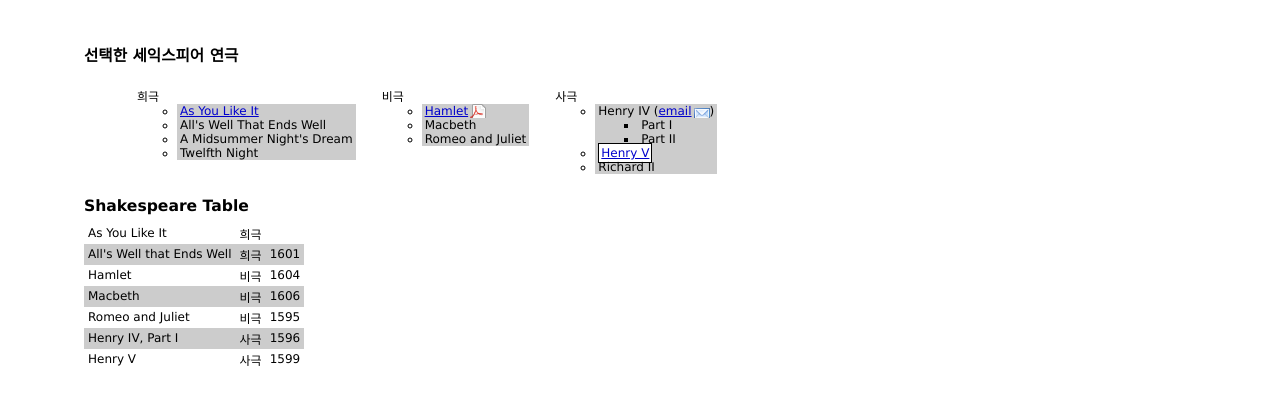
Repository: RyuJelly/211
Page: java_web/jQuery/WebContent/chap02/index.html
These files come from the project's save history. The page is drawn as it stood at one moment and after the next save; the edit follows.
The browser window is 1280 px wide. The pictures show the whole page.

Above is the page before, as saved 2021-03-15 03:44:20.

After the next save:
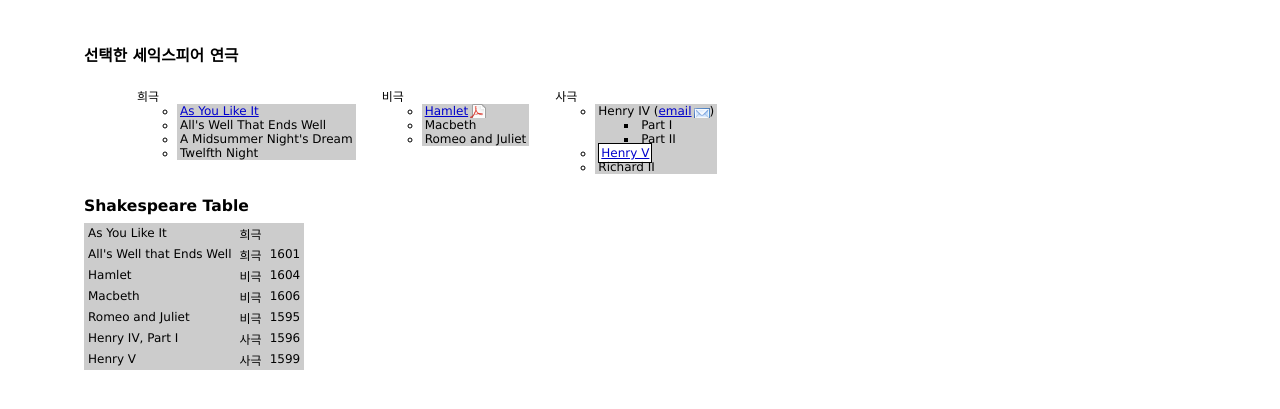
Saved 82 min 17 s later.
--- a/java_web/jQuery/WebContent/chap02/chapter2.js
+++ b/java_web/jQuery/WebContent/chap02/chapter2.js
@@ -5,5 +5,6 @@ $(function(){
 	$('a[href ^= mailto]').addClass('mailto');
 	$('a[href *= henry]:not(.mailto)').addClass('henrylink');
 	//$('tr:nth-child(2n)').addClass('alt');
-	$('tr:odd').addClass('alt');
+	$('tr:odd').addClass('alt');	// 짝수번째
+	$('tr:nth-child(odd)').addClass('alt');		// 홀수번째
 });
